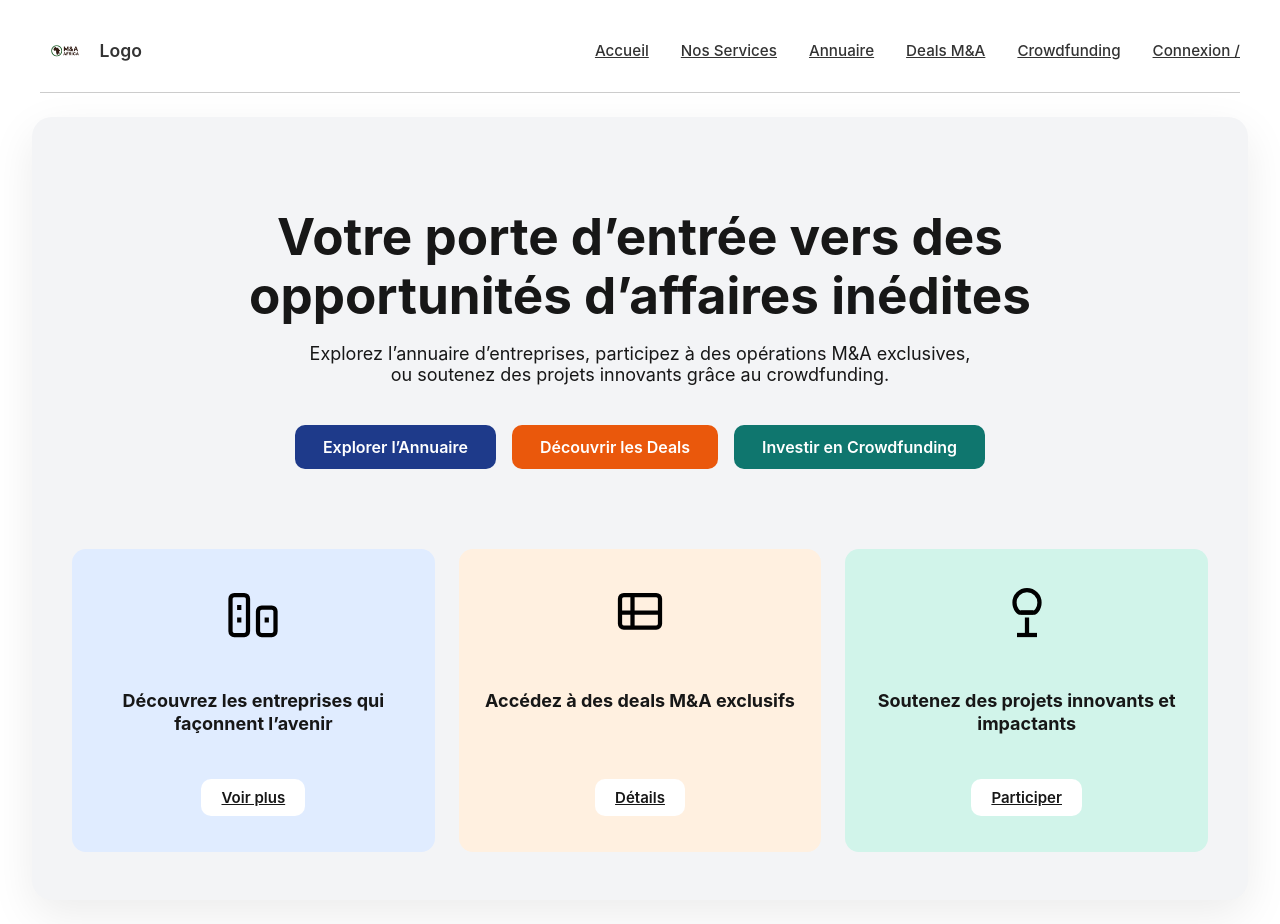
Repository: MFredy25/africa-fusion
Page: /hub
The author's editor kept a copy of each file at every save. The page is drawn from the files as they stood at one save, then again after the next save.
The browser window is 1280 px wide. The pictures show the whole page.
The project was rebuilt for these pictures with package versions that can differ from the ones it lists, and the page was loaded fresh each time. The framework's server and built-in components were replaced by stand-ins that run in the browser. Also part of the build but not shown: next.config.js, next.config.ts.

Above is the page before, as saved 2025-06-08 16:36:00.

### src/app/hub/page.tsx
import styles from "../../styles/hub.module.css";
import Link from "next/link";
import HubHeader from "../../components/HubHeader";

export default function Hub() {
  return (
    <div className={styles.page}>
      <HubHeader />

      <div className={styles.containerWrapper}>
        <section className={styles.hero}>
          <h1>
            Votre porte&nbsp;d’entrée vers des<br />
            opportunités&nbsp;d’affaires inédites
          </h1>

          <p>
            Explorez l’annuaire d’entreprises, participez à des opérations M&A
            exclusives,<br />
            ou soutenez des projets innovants grâce au crowdfunding.
          </p>

          <div className={styles.actions}>
            <Link href="/annuaire" className={styles.primaryBtn}>
              Explorer l’Annuaire
            </Link>
            <Link href="/deals-m-a" className={styles.secondaryBtn}>
              Découvrir les Deals
            </Link>
            <Link href="/crowdfunding" className={styles.tertiaryBtn}>
              Investir en&nbsp;Crowdfunding
            </Link>
          </div>
        </section>

        <section className={styles.cards}>
          <div className={`${styles.card} ${styles.card1}`}>
            <svg
              className={styles.icon}
              viewBox="0 0 24 24"
              fill="none"
              stroke="currentColor"
              strokeWidth="1.7"
            >
              <rect x="3" y="4" width="7" height="16" rx="1.5" />
              <rect x="14" y="9" width="7" height="11" rx="1.5" />
              <path d="M6.5 8v2M6.5 13v2M17.5 13v2" />
            </svg>
            <p className={styles.cardTitle}>
              Découvrez les entre­prises qui façonnent l’avenir
            </p>
            <Link href="/annuaire" className={styles.cardBtn}>
              Voir plus
            </Link>
          </div>

          <div className={`${styles.card} ${styles.card2}`}>
            <svg
              className={styles.icon}
              viewBox="0 0 24 24"
              fill="none"
              stroke="currentColor"
              strokeWidth="1.7"
            >
              <rect x="4" y="4" width="16" height="13" rx="1.5" />
              <path d="M4 11h16M9 4v13" />
            </svg>
            <p className={styles.cardTitle}>Accédez à des deals M&A exclusifs</p>
            <Link href="/deals-m-a" className={styles.cardBtn}>
              Détails
            </Link>
          </div>

          <div className={`${styles.card} ${styles.card3}`}>
            <svg
              className={styles.icon}
              viewBox="0 0 24 24"
              fill="none"
              stroke="currentColor"
              strokeWidth="1.7"
            >
              <path d="M12 2a5 5 0 0 1 5 5c0 3-2 4-2 4H9s-2-1-2-4a5 5 0 0 1 5-5Z" />
              <path d="M9.5 11h5" />
              <path d="M12 13v7" />
              <path d="M8 20h8" />
            </svg>
            <p className={styles.cardTitle}>
              Soutenez des projets innovants et impactants
            </p>
            <Link href="/crowdfunding" className={styles.cardBtn}>
              Participer
            </Link>
          </div>
        </section>
      </div>
    </div>
  );
}

### src/styles/hub.module.css
.page {
  font-family: "Inter", Arial, sans-serif;
  color: var(--text-primary);
  background: #ffffff;
  padding-inline: 1.5rem;
}

.navbar {
  display: flex;
  justify-content: space-between;
  align-items: center;
  padding-block: 1.75rem;
  max-width: 1200px;
  margin-inline: auto;
}

.logo {
  display: flex;
  align-items: center;
  gap: 0.6rem;
  font-weight: 600;
  font-size: 1.1rem;
}

.logoIcon {
  width: 38px;
  height: 38px;
  background: var(--blue);
  border-radius: 8px;
}

.navLinks {
  display: flex;
  gap: 2rem;
  font-size: 0.95rem;
  font-weight: 500;
}

/* ───────────── CONTAINER WRAPPER ───────────── */
.containerWrapper {
  max-width: 1300px;
  margin: 1.5rem auto; /* ↓ Espacement réduit ici */
  padding: 3rem 2.5rem;
  background: #f3f4f6;
  border-radius: 20px;
  box-shadow: 0 15px 45px rgba(0, 0, 0, 0.08);
}

/* ───────────── HERO ───────────── */
.hero {
  text-align: center;
  max-width: 900px;
  margin-inline: auto;
}

.hero h1 {
  font-size: clamp(2rem, 4.2vw, 3.2rem);
  line-height: 1.15;
  font-weight: 700;
  margin-bottom: 1rem;
}

.hero p {
  font-size: 1.125rem;
  color: var(--text-muted);
  margin-bottom: 2.5rem;
}

.actions {
  display: flex;
  flex-wrap: wrap;
  justify-content: center;
  gap: 1rem;
  margin-bottom: 3.5rem;
}

.primaryBtn,
.secondaryBtn,
.tertiaryBtn {
  padding: 0.75rem 1.75rem;
  border: none;
  border-radius: 10px;
  font-weight: 600;
  font-size: 1rem;
  color: #ffffff;
  cursor: pointer;
  text-decoration: none;
}

.primaryBtn {
  background: #1e3a8a;
}

.secondaryBtn {
  background: #ea580c;
}

.tertiaryBtn {
  background: #0f766e;
}

/* ───────────── CARDS ───────────── */
.cards {
  display: flex;
  flex-wrap: nowrap;
  justify-content: space-between;
  gap: 1.5rem;
  max-width: 1200px;
  margin: 5rem auto 0;
}

.card {
  flex: 1 1 30%;
  max-width: 30%;
  display: flex;
  justify-content: center;
}

.card1 {
  background: #e0ecff;
  border-radius: 14px;
  padding: 2.25rem 1.25rem;
  text-align: center;
  display: flex;
  flex-direction: column;
  align-items: center;
  gap: 1.6rem;
}

.card2 {
  background: #fff0e0;
  border-radius: 14px;
  padding: 2.25rem 1.25rem;
  text-align: center;
  display: flex;
  flex-direction: column;
  align-items: center;
  gap: 1.6rem;
}

.card3 {
  background: #d1f4ea;
  border-radius: 14px;
  padding: 2.25rem 1.25rem;
  text-align: center;
  display: flex;
  flex-direction: column;
  align-items: center;
  gap: 1.6rem;
}

.icon {
  width: 60px;
  height: 60px;
}

.cardTitle {
  font-size: 1.125rem;
  font-weight: 700;
  line-height: 1.3;
}

.cardBtn {
  margin-top: auto;
  background: #ffffff;
  color: var(--text-primary);
  border: none;
  border-radius: 10px;
  padding: 0.55rem 1.25rem;
  font-size: 0.94rem;
  font-weight: 600;
  cursor: pointer;
}

/* ───────────── Responsive tweak ───────────── */
@media (max-width: 768px) {
  .card {
    flex: 1 1 100%;
    max-width: none;
  }

  .cards {
    flex-direction: column;
    align-items: center;
  }
}

@media (max-width: 480px) {
  .navLinks {
    gap: 1rem;
    font-size: 0.85rem;
  }

  .actions {
    flex-direction: column;
  }
}

.icon {
  width: 60px;
  height: 60px;
  color: #000000;
}

### src/components/HubHeader.tsx
'use client';

import { useEffect, useState } from 'react';
import Link from 'next/link';
import Image from 'next/image';
import styles from '../styles/hub.module.css';

export default function HubHeader() {
  /* ─── Thème clair / sombre détecté depuis l’OS ─── */
  const [isDark, setIsDark] = useState(false);

  useEffect(() => {
    const media = window.matchMedia('(prefers-color-scheme: dark)');
    const apply = () => setIsDark(media.matches);
    apply();
    media.addEventListener('change', apply);
    return () => media.removeEventListener('change', apply);
  }, []);

  const colors = {
    bg: isDark ? '#1a1a1a' : '#ffffff',
    text: isDark ? '#e0e0e0' : '#333333',
    border: isDark ? '#444' : '#ccc',
  };

  return (
    <header
      className={styles.navbar}
      style={{
        background: colors.bg,
        color: colors.text,
        borderBottom: `1px solid ${colors.border}`,
      }}
    >
      <div className={styles.logo} style={{ color: colors.text }}>
        <Image
          src="/images/fusion_africa.png"
          alt="Logo"
          width={50}
          height={28}
          style={{ objectFit: 'contain' }}
        />
        <span>Logo</span>
      </div>

      <nav className={styles.navLinks} style={{ color: colors.text }}>
        <Link href="/home" style={{ color: 'inherit' }}>
          Accueil
        </Link>
        <Link href="/services" style={{ color: 'inherit' }}>
          Nos Services
        </Link>
        <Link href="/annuaire" style={{ color: 'inherit' }}>
          Annuaire
        </Link>
        <Link href="/deals-m-a" style={{ color: 'inherit' }}>
          Deals M&A
        </Link>
        <Link href="/crowdfunding" style={{ color: 'inherit' }}>
          Crowdfunding
        </Link>
        <Link href="/connexion" style={{ color: 'inherit' }}>
          Connexion /
        </Link>
      </nav>
    </header>
  );
}

Loaded but not shown: src/app/layout.tsx (common file); src/app/globals.css (common file)

After the next save:
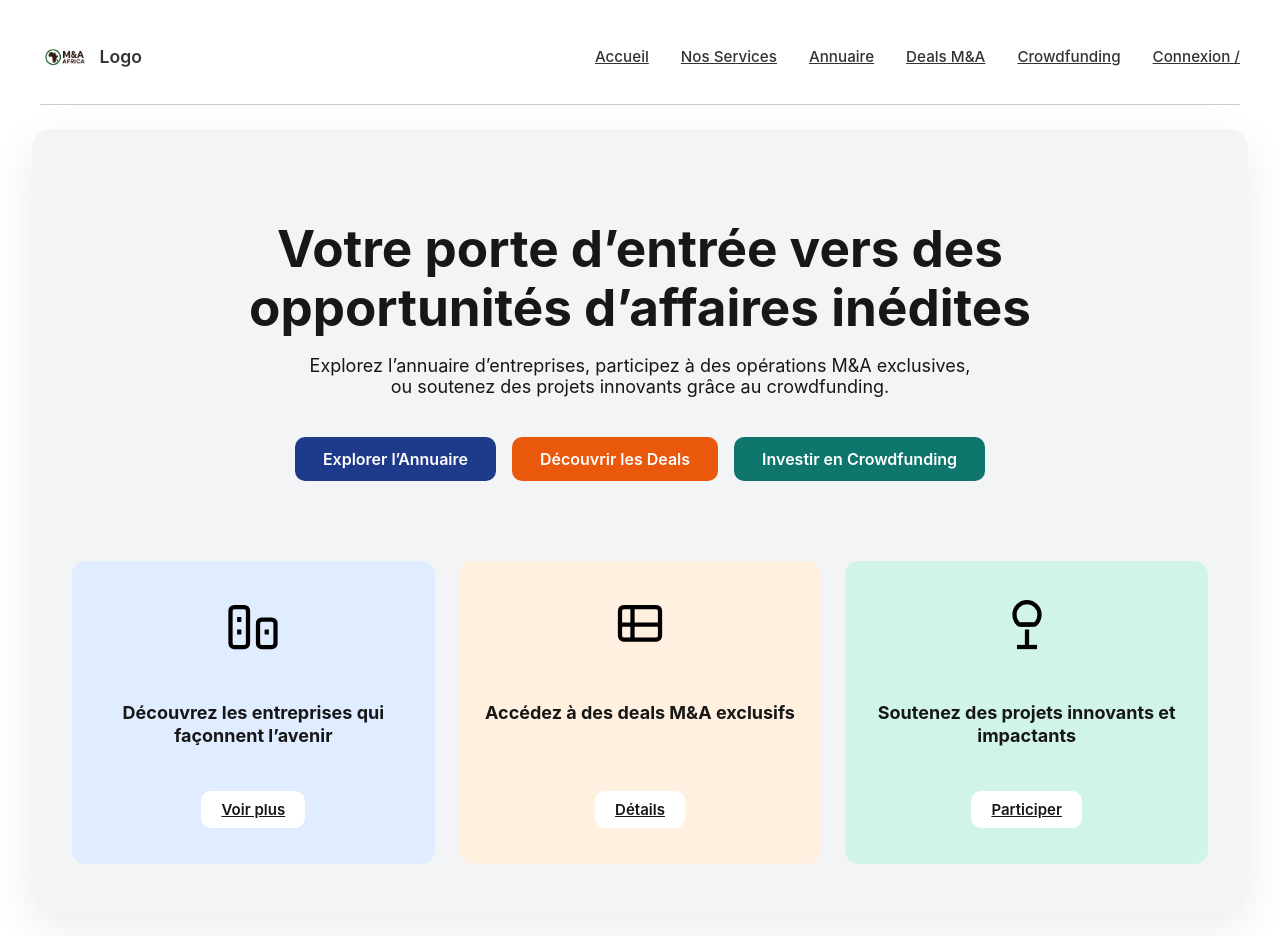
Saved 16 s later.
--- a/src/components/HubHeader.tsx
+++ b/src/components/HubHeader.tsx
@@ -37,7 +37,7 @@
           src="/images/fusion_africa.png"
           alt="Logo"
           width={50}
-          height={28}
+          height={40}
           style={{ objectFit: 'contain' }}
         />
         <span>Logo</span>

After the save that followed:
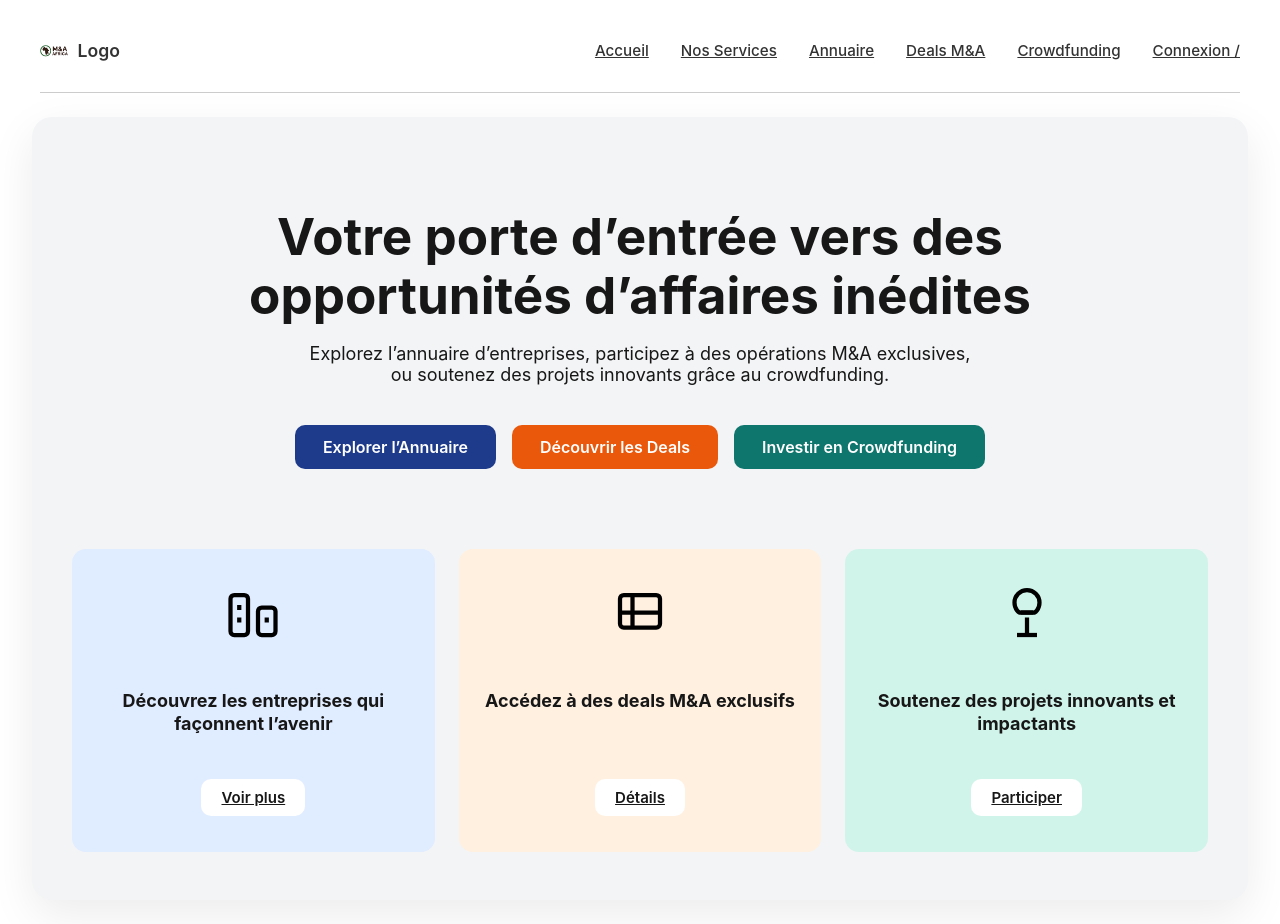
Saved 14 s later.
--- a/src/components/HubHeader.tsx
+++ b/src/components/HubHeader.tsx
@@ -36,8 +36,8 @@
         <Image
           src="/images/fusion_africa.png"
           alt="Logo"
-          width={50}
-          height={40}
+          width={28}
+          height={28}
           style={{ objectFit: 'contain' }}
         />
         <span>Logo</span>
